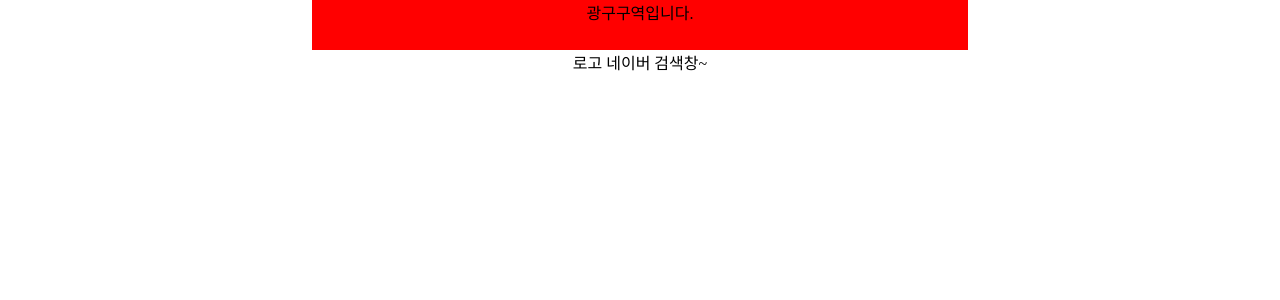
Repository: leehyeonung/myproject
Page: http://localhost/myproject/
An editor plug-in stored every save of this project. The page is shown before and after a run of saves, followed by the edit.
The browser window is 1280 px wide. The pictures show the whole page.
The page is served by Tomcat 9.

Above is the page before, as saved 2023-03-15 12:24:20.

### myproject/src/main/webapp/index.jsp
<%@ page language="java" contentType="text/html; charset=EUC-KR"
    pageEncoding="EUC-KR"%>
<!DOCTYPE html>
<html>
<head>
<meta charset="EUC-KR">
<title>index</title>
</head>
<body>
<jsp:include page="header.jsp"></jsp:include>
<section>

</section>
<jsp:include page="footer.jsp"></jsp:include>
</body>
</html>

### myproject/src/main/webapp/header.jsp
<%@ page language="java" contentType="text/html; charset=EUC-KR"
    pageEncoding="EUC-KR"%>
<!DOCTYPE html>
<html>
<head>
<script type="text/javascript" src="/resuorces/js/ad.js"></script>
<meta charset="EUC-KR">
<title>header</title>
<link rel="stylesheet" type="text/css" href="/resources/css/header.css">
</head>
<body>
<div class="ad">
광구구역입니다.
</div>

<header>
<div class="searchbox">
로고 네이버 검색창~
</div>

<nav>
</nav>
</header>
</body>
</html>

### myproject/src/main/webapp/footer.jsp
<%@ page language="java" contentType="text/html; charset=EUC-KR"
    pageEncoding="EUC-KR"%>
<!DOCTYPE html>
<html>
<head>
<meta charset="EUC-KR">
<title>footer</title>
</head>
<body>

</body>
</html>

### myproject/src/main/webapp/resources/js/ad.js
function close_ad() {
    document.getElementById("ad").style.display='none';
}

### myproject/src/main/webapp/resources/css/header.css
*{
	width:80%;
	text-align:center;
	margin: 0px 10%;
	padding: 0px;
}

.ad{
	height: 50px;
	background-color: red;

}

After the next 2 saves:
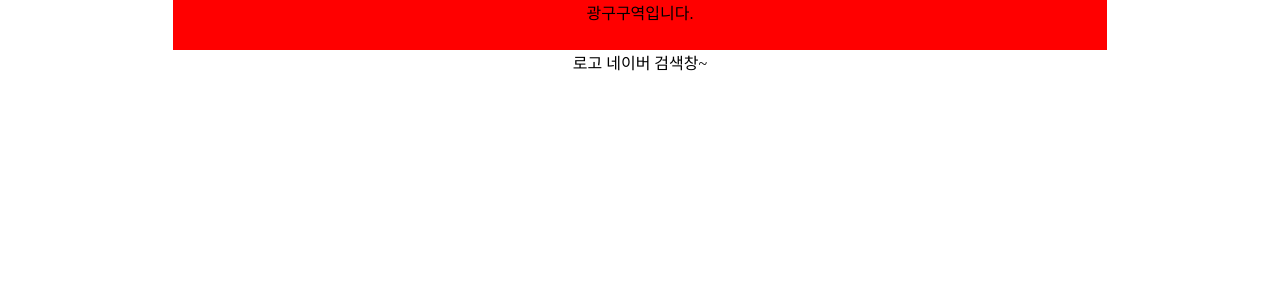
The 2 saves are shown as one change because they came seconds apart.
The last was saved 34 s later.
--- a/myproject/src/main/webapp/resources/css/header.css
+++ b/myproject/src/main/webapp/resources/css/header.css
@@ -1,7 +1,7 @@
 *{
-	width:80%;
+	width:90%;
 	text-align:center;
-	margin: 0px 10%;
+	margin: 0px 5%;
 	padding: 0px;
 }
 
